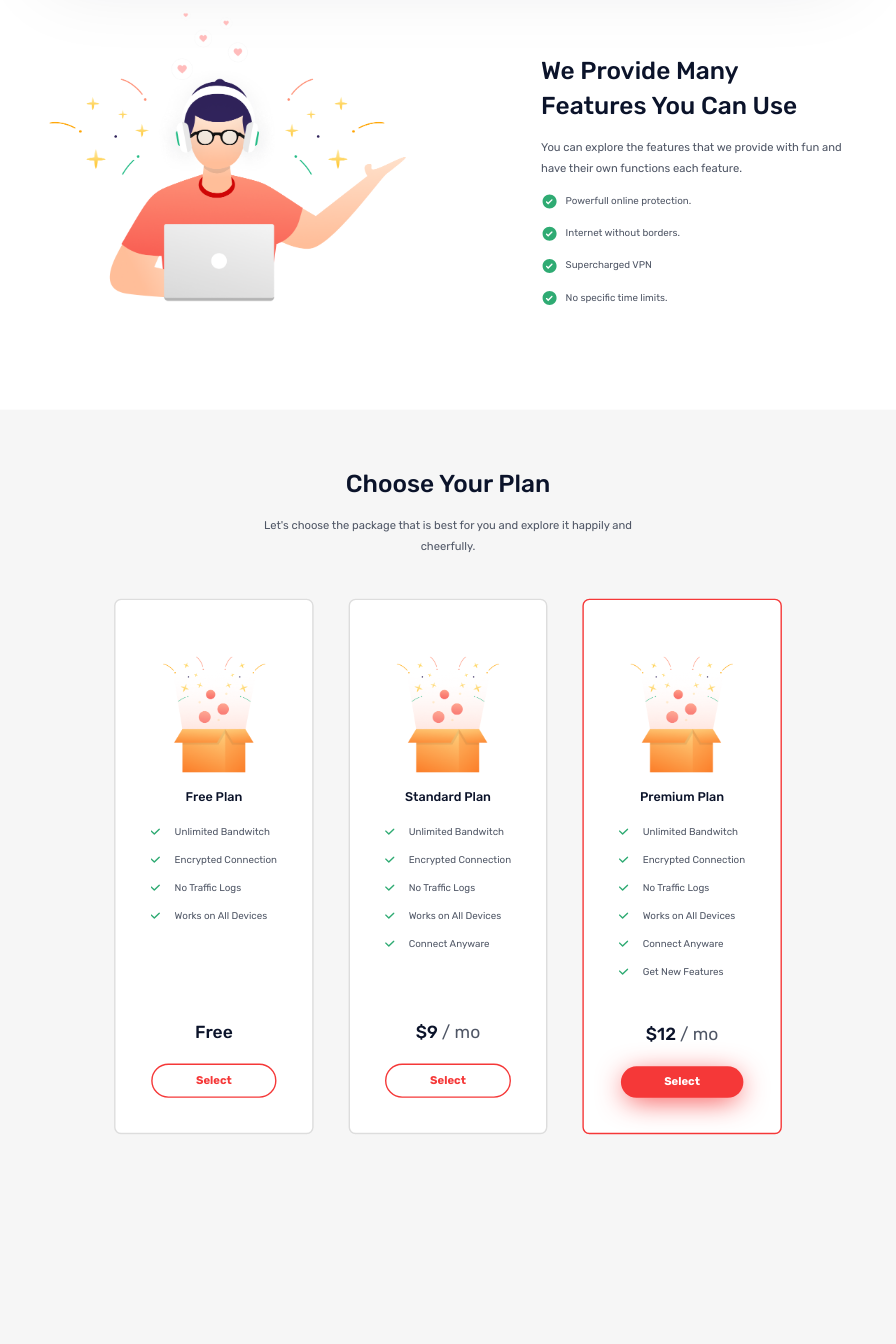
Repository: thefellowshiplotr/lasles_recode
Page: index.html
These files come from the project's save history. The page is drawn as it stood at one moment and after the next save; the edit follows.
The browser window is 1280 px wide. The pictures show the part of the page from y = 906 to 2826 px (the page is 2826 px tall), at 70% of full size.
The style sheet was rebuilt from its Sass, Less or Tailwind sources for each picture, by a compiler version that may differ from the author's.

Above is the page before, as saved 2022-10-28 16:53:19.

### index.html
<!DOCTYPE html>
<html lang="en">
  <head>
    <meta charset="UTF-8" />
    <meta http-equiv="X-UA-Compatible" content="IE=edge" />
    <meta name="viewport" content="width=device-width, initial-scale=1.0" />
    <title>Lasles Vpn</title>
    <link rel="preconnect" href="https://fonts.googleapis.com" />
    <link rel="preconnect" href="https://fonts.gstatic.com" crossorigin />
    <link
      href="https://fonts.googleapis.com/css2?family=Rubik:wght@400;500;700&display=swap"
      rel="stylesheet"
    />
    <link rel="stylesheet" href="./css/app.css" />
  </head>
  <body>
    <div class="wrapper">
      <header class="header">
        <div class="container">
          <div class="header-container">
            <img srcset="./img/logo.png 2x" alt="" class="header-logo" />
            <ul class="menu">
              <li class="menu-item">
                <a href="#" class="menu-link">About</a>
              </li>
              <li class="menu-item">
                <a href="#" class="menu-link">Features</a>
              </li>
              <li class="menu-item">
                <a href="#" class="menu-link">Pricing</a>
              </li>
              <li class="menu-item">
                <a href="#" class="menu-link">Testimonials</a>
              </li>
              <li class="menu-item">
                <a href="#" class="menu-link">Help</a>
              </li>
            </ul>
            <div class="header-auth">
              <a href="#" class="header-signin">Sign In</a>
              <a href="#" class="header-signup">Sign Up</a>
            </div>
          </div>
        </div>
      </header>
    </div>
    <div class="wrapper">
      <section class="hero">
        <div class="container">
          <div class="hero-container">
            <div class="hero-content">
              <h1 class="hero-heading">
                Want anything to be easy with
                <strong class="hero-laslesvpn">LaslesVPN.</strong>
              </h1>
              <p class="hero-desc">
                Provide a network for all your needs with ease and fun using
                <strong class="hero-laslesvpn2">LaslesVPN</strong> discover
                interesting features from us.
              </p>
            </div>
            <div class="hero-btn">
              <a href="" class="button button-primary">Get Started</a>
            </div>
            <div class="hero-img">
              <img srcset="./img/hero-image.png 2x" alt="" />
            </div>
          </div>
        </div>
      </section>
    </div>
    <div class="wrapper">
      <section class="intro">
        <div class="container">
          <div class="intro-container">
            <div class="intro-item">
              <div class="intro-icon">
                <img srcset="./img/user.png 2x" alt="" />
              </div>
              <div class="intro-info">
                <div class="intro-title">90+</div>
                <p class="intro-text">Users</p>
              </div>
            </div>
            <div class="intro-item">
              <div class="intro-icon">
                <img srcset="./img/location.png 2x" alt="" />
              </div>
              <div class="intro-info">
                <div class="intro-title">30+</div>
                <p class="intro-text">Locations</p>
              </div>
            </div>
            <div class="intro-item">
              <div class="intro-icon">
                <img srcset="./img/server.png 2x" alt="" />
              </div>
              <div class="intro-info">
                <div class="intro-title">50+</div>
                <p class="intro-text">Servers</p>
              </div>
            </div>
          </div>
        </div>
      </section>
    </div>
    <div class="wrapper">
      <section class="feature">
        <div class="container">
          <div class="feature-container">
            <img
              srcset="./img/feature-image.png 2x"
              alt=""
              class="feature-img"
            />
            <div class="feature-content">
              <h2 class="feature-heading">
                We Provide Many Features You Can Use
              </h2>
              <p class="feature-desc">
                You can explore the features that we provide with fun and have
                their own functions each feature.
              </p>
              <div class="feature-list">
                <div class="feature-item">
                  <img src="./img/icon-check.svg" alt="" />
                  <span>Powerfull online protection.</span>
                </div>
                <div class="feature-item">
                  <img src="./img/icon-check.svg" alt="" />
                  <span>Internet without borders.</span>
                </div>
                <div class="feature-item">
                  <img src="./img/icon-check.svg" alt="" />
                  <span>Supercharged VPN</span>
                </div>
                <div class="feature-item">
                  <img src="./img/icon-check.svg" alt="" />
                  <span>No specific time limits.</span>
                </div>
              </div>
            </div>
          </div>
        </div>
      </section>
    </div>
    <div class="wrapper background-plan">
      <section class="plan">
        <div class="container">
          <div class="plan-container">
            <div class="plan-header">
              <h2 class="plan-heading">Choose Your Plan</h2>
              <p class="plan-desc">
                Let's choose the package that is best for you and explore it
                happily and cheerfully.
              </p>
            </div>
            <div class="plan-list">
              <div class="plan-item">
                <div class="plan-img">
                  <img srcset="./img/plan.png 2x" alt="" />
                </div>
                <div class="plan-title">Free Plan</div>
                <div class="plan-details">
                  <div class="plan-info">
                    <img
                      src="./img/icon-check-line.svg"
                      alt=""
                      class="plan-icon"
                    />
                    <span>Unlimited Bandwitch</span>
                  </div>
                  <div class="plan-info">
                    <img
                      src="./img/icon-check-line.svg"
                      alt=""
                      class="plan-icon"
                    />
                    <span>Encrypted Connection</span>
                  </div>
                  <div class="plan-info">
                    <img
                      src="./img/icon-check-line.svg"
                      alt=""
                      class="plan-icon"
                    />
                    <span>No Traffic Logs</span>
                  </div>
                  <div class="plan-info">
                    <img
                      src="./img/icon-check-line.svg"
                      alt=""
                      class="plan-icon"
                    />
                    <span>Works on All Devices</span>
                  </div>
                </div>
                <h3 class="plan-price">Free</h3>
                <a href="" class="button button-rounded">Select</a>
              </div>
              <div class="plan-item">
                <div class="plan-img">
                  <img srcset="./img/plan.png 2x" alt="" />
                </div>
                <div class="plan-title">Standard Plan</div>
                <div class="plan-details">
                  <div class="plan-info">
                    <img
                      src="./img/icon-check-line.svg"
                      alt=""
                      class="plan-icon"
                    />
                    <span>Unlimited Bandwitch</span>
                  </div>
                  <div class="plan-info">
                    <img
                      src="./img/icon-check-line.svg"
                      alt=""
                      class="plan-icon"
                    />
                    <span>Encrypted Connection</span>
                  </div>
                  <div class="plan-info">
                    <img
                      src="./img/icon-check-line.svg"
                      alt=""
                      class="plan-icon"
                    />
                    <span>No Traffic Logs</span>
                  </div>
                  <div class="plan-info">
                    <img
                      src="./img/icon-check-line.svg"
                      alt=""
                      class="plan-icon"
                    />
                    <span>Works on All Devices</span>
                  </div>
                  <div class="plan-info">
                    <img
                      src="./img/icon-check-line.svg"
                      alt=""
                      class="plan-icon"
                    />
                    <span>Connect Anyware</span>
                  </div>
                </div>
                <h3 class="plan-price">
                  $9 <span class="price-plan">/ mo</span>
                </h3>
                <a href="" class="button button-rounded">Select</a>
              </div>
              <div class="plan-item">
                <div class="plan-img">
                  <img srcset="./img/plan.png 2x" alt="" />
                </div>
                <div class="plan-title">Premium Plan</div>
                <div class="plan-details">
                  <div class="plan-info">
                    <img
                      src="./img/icon-check-line.svg"
                      alt=""
                      class="plan-icon"
                    />
                    <span>Unlimited Bandwitch</span>
                  </div>
                  <div class="plan-info">
                    <img
                      src="./img/icon-check-line.svg"
                      alt=""
                      class="plan-icon"
                    />
                    <span>Encrypted Connection</span>
                  </div>
                  <div class="plan-info">
                    <img
                      src="./img/icon-check-line.svg"
                      alt=""
                      class="plan-icon"
                    />
                    <span>No Traffic Logs</span>
                  </div>
                  <div class="plan-info">
                    <img
                      src="./img/icon-check-line.svg"
                      alt=""
                      class="plan-icon"
                    />
                    <span>Works on All Devices</span>
                  </div>
                  <div class="plan-info">
                    <img
                      src="./img/icon-check-line.svg"
                      alt=""
                      class="plan-icon"
                    />
                    <span>Connect Anyware</span>
                  </div>
                  <div class="plan-info">
                    <img
                      src="./img/icon-check-line.svg"
                      alt=""
                      class="plan-icon"
                    />
                    <span>Get New Features</span>
                  </div>
                </div>
                <h3 class="plan-price">
                  $12 <span class="price-plan">/ mo</span>
                </h3>
                <a href="" class="button button-full">Select</a>
              </div>
            </div>
          </div>
        </div>
      </section>
    </div>
  </body>
</html>

### sass/app.scss
@import "reset";
@import "variables";
@import "global";
@import "header";
@import "menu";
@import "hero";
@import "intro";
@import "feature";
@import "plan";

### sass/_variables.scss
$font: "Rubik", sans-serif;
$text-color: #4f5665;
$heading-color: #0b132a;
$primary-color: #f53838;
$secondary-color: #f53855;
$gray-color: #f6f6f6;
$gray-light-color: #f8f8f8;
$gray-lighter-color: #afb5c0;

### sass/_global.scss
.wrapper {
  max-width: 1440px;
  margin: 0 auto;
}

.container {
  max-width: 1170px;
  margin: 0 auto;
  padding: 0 15px;
}

body {
  line-height: 1;
  font-family: $font;
  color: $text-color;
  font-weight: 400;
}

.button {
  &-primary {
    color: #fff;
    padding: 17px 77px;
    border: none;
    background-color: $primary-color;
    border: 1px solid;
    border-radius: 10px;
    white-space: nowrap;
  }
  &-rounded {
    color: $primary-color;
    background-color: #fff;
    border: 2px solid $primary-color;
    border-radius: 100rem;
    padding: 13px 62px;
    font-weight: 700;
    font-size: 16px;
    line-height: calc(18.96 / 16);
  }
  &-full {
    color: #fff;
    background-color: $primary-color;
    padding: 13px 62px;
    border: none;
    border-radius: 100rem;
    font-weight: 700;
    font-size: 16px;
    line-height: calc(18.96 / 16);
    box-shadow: 0 8px 41px -6px $primary-color;
  }
}
.background-plan {
  background-color: $gray-color;
}
.price-plan {
  font-weight: 400;
  color: $text-color;
  line-height: calc(30 / 25);
}

### sass/_header.scss
.header {
  padding-top: 30px;
  padding-bottom: 90px;
  &-container {
    display: flex;
    justify-content: space-between;
    align-items: center;
  }
  &-auth {
    display: flex;
    align-items: center;
    gap: 0 30px;
  }
  &-signin {
    color: $heading-color;
    font-weight: 500;
    font-size: 16px;
    line-height: calc(18.96 / 16);
  }
  &-signup {
    color: $secondary-color;
    font-weight: 500;
    font-size: 16px;
    line-height: calc(18.96 / 16);
    padding: 13px 45px;
    border: 1px solid $secondary-color;
    border-radius: 50px;
    // border-radius: 100rem;
  }
}

### sass/_menu.scss
.menu {
  list-style: none;
  display: flex;
  align-items: center;
  gap: 0 40px;
  &-link {
    color: inherit;
    font-size: 16px;
    line-height: calc(18.96 / 16);
  }
}

### sass/_hero.scss
.hero {
  padding-bottom: 100px;
  &-container {
    display: flex;
    justify-content: space-between;
    align-items: center;
    position: relative;
    gap: 0 40px;
    align-items: center;
  }
  &-content {
    width: 100%;
    max-width: 555px;
    display: flex;
    align-items: center;
    flex-direction: column;
    align-content: center;
  }
  &-img {
    position: absolute;
    top: 50%;
    transform: translate(40px, -40%);
    right: 0;
  }
  &-heading {
    color: $heading-color;
    font-weight: 500;
    font-size: 50px;
    line-height: calc(70 / 50);
    margin-bottom: 20px;
  }
  &-desc {
    font-weight: 400;
    font-size: 16px;
    line-height: calc(30 / 16);
    margin-bottom: 50px;
  }
  &-laslesvpn {
    font-weight: 700;
    font-size: 50px;
    line-height: calc(70 / 50);
  }
  &-btn {
    font-weight: 700;
    font-size: 16px;
    line-height: calc(25 / 16);
    position: absolute;
    left: 0;
    bottom: -55px;
    box-shadow: 0 37px 54px 0px $primary-color;
  }
}

### sass/_intro.scss
.intro {
  padding: 57px 0;
  margin-top: 40px;
  &-container {
    background: #ffffff;
    padding: 37px 0;
    border-radius: 10px;
    box-shadow: 0 42px 114px 0 rgb(13 16 37 / 10%);
    display: grid;
    grid-template-columns: repeat(3, minmax(0, 1fr));
    grid-gap: 0 50px;
    min-height: 200px;
  }
  &-item {
    display: flex;
    align-items: center;
    justify-content: center;
    gap: 0 36.5px;
  }
  &-item:nth-child(2) {
    border-left: 2px solid #eeeff2;
    border-right: 2px solid #eeeff2;
  }
  &-title {
    color: $heading-color;
    font-weight: 700;
    font-size: 25px;
    line-height: calc(30 / 25);
  }
  &-text {
    color: $text-color;
    font-weight: 400;
    font-size: 20px;
    line-height: calc(30 / 20);
  }
}

### sass/_feature.scss
.feature {
  padding-bottom: 126px;
  &-container {
    display: flex;
    justify-content: space-between;
    align-items: center;
  }
  &-content {
    margin-top: 90px;
  }
  &-heading {
    width: 383px;
    color: $heading-color;
    font-weight: 500;
    font-size: 35px;
    line-height: calc(50 / 35);
    margin-bottom: 20px;
  }
  &-desc {
    width: 437px;
    font-weight: 400;
    font-size: 16px;
    line-height: calc(30 / 16);
    margin-bottom: 20px;
  }
  &-item {
    display: flex;
    justify-content: flex-start;
    align-items: center;
    gap: 0 10px;
    font-size: 14px;
    margin-bottom: 21px;
  }
}

### sass/_plan.scss
.plan {
  padding-bottom: 150px;
  &-container {
    display: flex;
    align-items: center;
    justify-content: center;
    text-align: center;
    flex-direction: column;
  }
  &-header {
    margin-top: 80px;
  }
  &-heading {
    color: $heading-color;
    font-weight: 500;
    font-size: 35px;
    line-height: calc(50 / 35);
    margin-bottom: 20px;
  }
  &-desc {
    width: 555px;
    font-weight: 40;
    font-size: 16px;
    line-height: calc(30 / 16);
  }
  &-list {
    margin-top: 60px;
    display: grid;
    grid-template-columns: repeat(3, 1fr);
    grid-gap: 0 50px;
    margin-bottom: 150px;
  }
  &-item {
    background-color: #fff;
    border: 2px solid #dddddd;
    border-radius: 10px;
    padding: 80px 50px 50px;
    display: flex;
    flex-direction: column;
    align-items: center;
  }
  &-item:nth-child(3) {
    border: 2px solid $primary-color;
  }
  &-item:hover {
    border: 2px solid $primary-color;
  }
  &-item:hover .button {
    background-color: $primary-color;
    color: #fff;
  }
  &-title {
    color: $heading-color;
    margin-top: 20px;
    margin-bottom: 20px;
    font-weight: 500;
    font-size: 18px;
    line-height: calc(30 / 18);
  }
  &-info {
    display: flex;
    align-items: center;
    gap: 0 20px;
    margin-bottom: 10px;
    font-size: 14px;
    line-height: calc(30 / 14);
  }
  &-price {
    color: $heading-color;
    font-weight: 500;
    font-size: 25px;
    line-height: calc(30 / 25);
    margin-bottom: 30px;
    margin-top: auto;
  }
  &-details {
    margin-bottom: 50px;
  }
}

Loaded but not shown: sass/_reset.scss (common file)

After the next save:
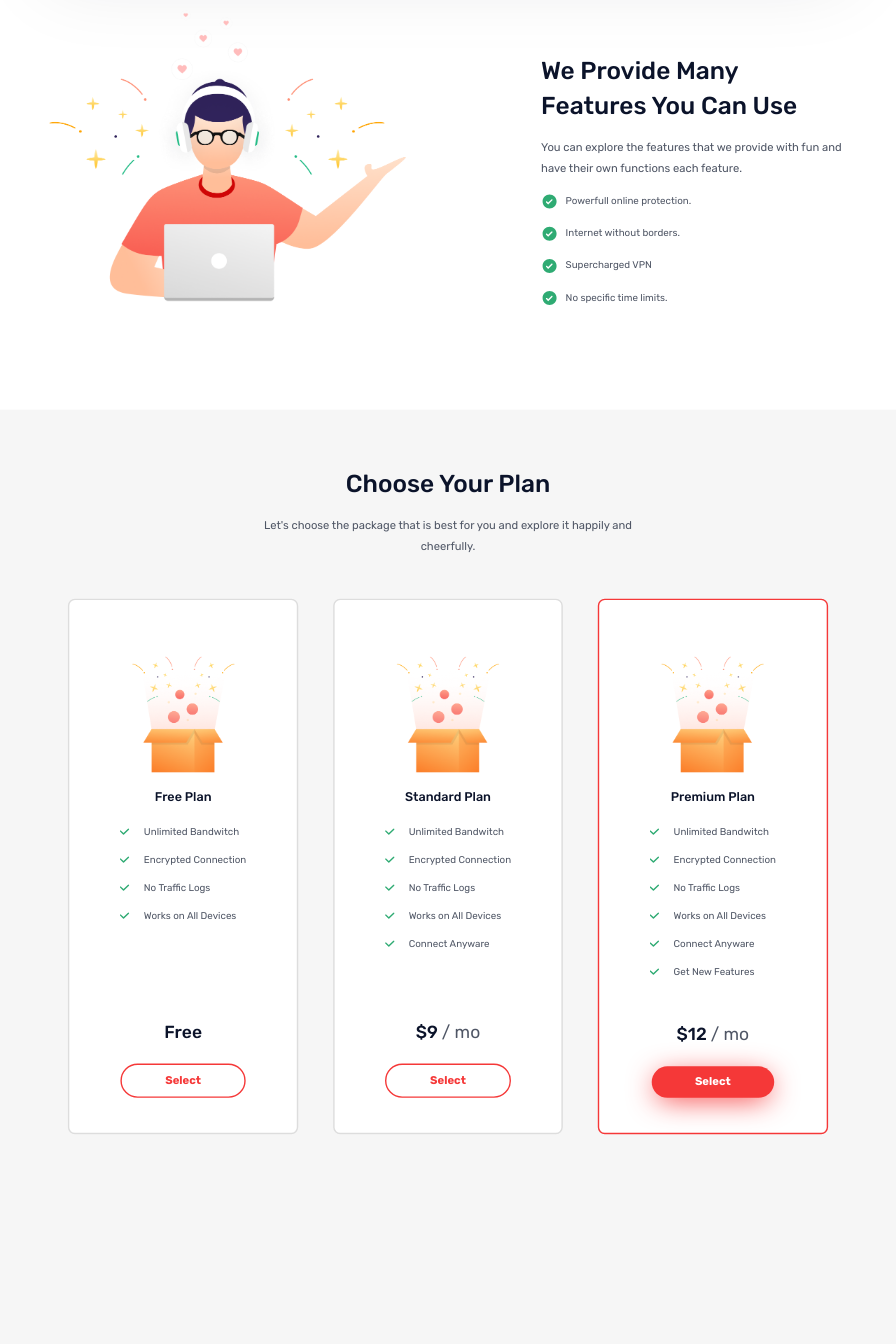
Saved 2 min 30 s later.
--- a/sass/_plan.scss
+++ b/sass/_plan.scss
@@ -34,7 +34,7 @@
     background-color: #fff;
     border: 2px solid #dddddd;
     border-radius: 10px;
-    padding: 80px 50px 50px;
+    padding: 80px 72px 50px;
     display: flex;
     flex-direction: column;
     align-items: center;
